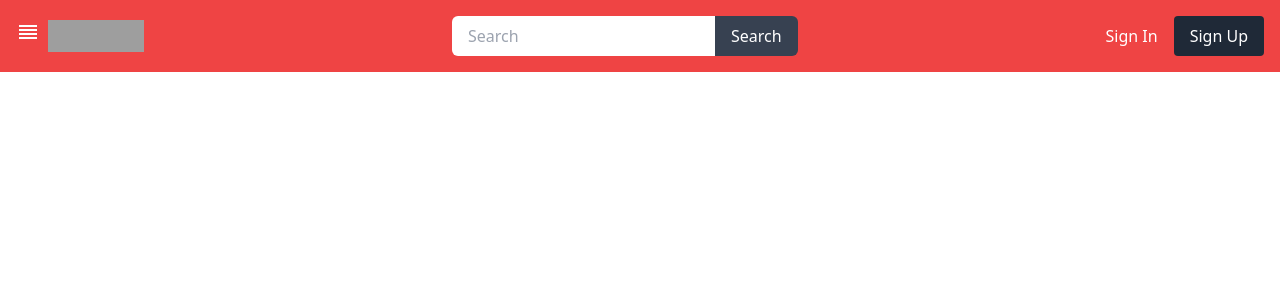
Repository: Shamraiz761/Youtube-clone
Page: /
These files come from the project's save history. The page is drawn as it stood at one moment and after a run of saves; the edit follows.
The browser window is 1280 px wide. The pictures show the whole page.
Pictures or frames that could not be fetched are drawn as grey boxes. The project was rebuilt for these pictures with package versions that can differ from the ones it lists, and the page was loaded fresh each time. Also part of the build but not shown: vite.config.js.

Above is the page before, as saved 2024-01-19 18:15:51.

After the next 2 saves:
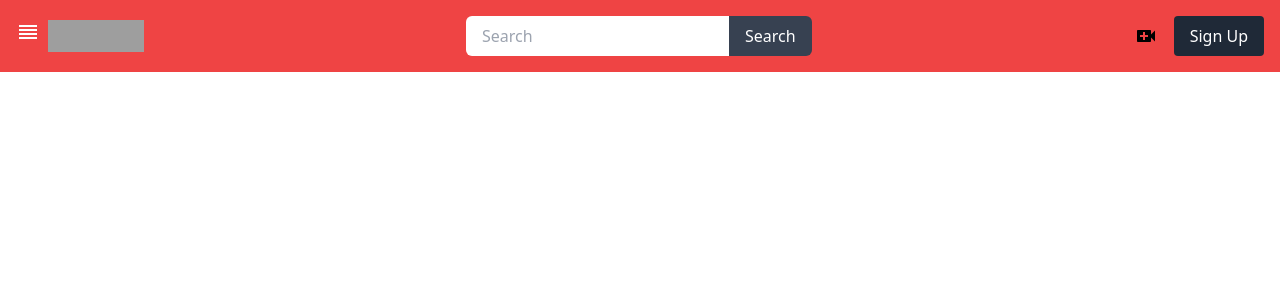
The 2 saves are shown as one change because they came seconds apart.
The last was saved 12 s later.
--- a/src/components/header/Navbar.jsx
+++ b/src/components/header/Navbar.jsx
@@ -31,7 +31,7 @@
 
         {/* User profile */}
         <div className="flex items-center space-x-4">
-          <button className="text-white hover:text-gray-300">Sign In</button>
+<VideoCallIcon />
           <button className="bg-gray-800 text-white px-4 py-2 rounded">
             Sign Up
           </button>
